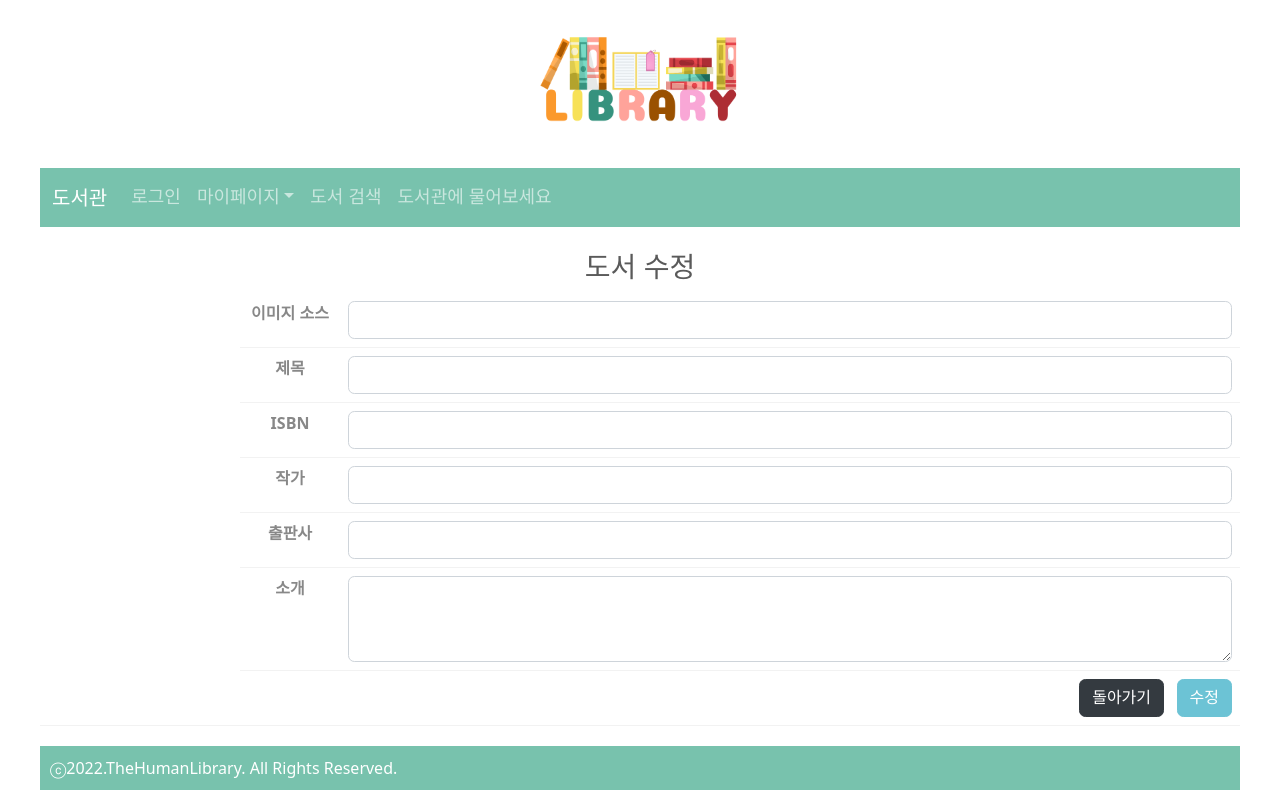
Repository: ahnbin00/Library
Page: http://localhost/BookRental/WEB-INF/book/manageBook.jsp
These files come from the project's save history. The page is drawn as it stood at one moment and after the next save; the edit follows.
The browser window is 1280 px wide. The pictures show the whole page.
Some web fonts or font styles are not loaded; a fallback is used. Some web libraries are served in a nearby version. The page is served by Tomcat 9. Nobody is signed in. The template is opened directly, without the code that normally fills it, so the values that code supplies are empty.

Above is the page before, as saved 2022-12-22 07:37:30.

After the next save:
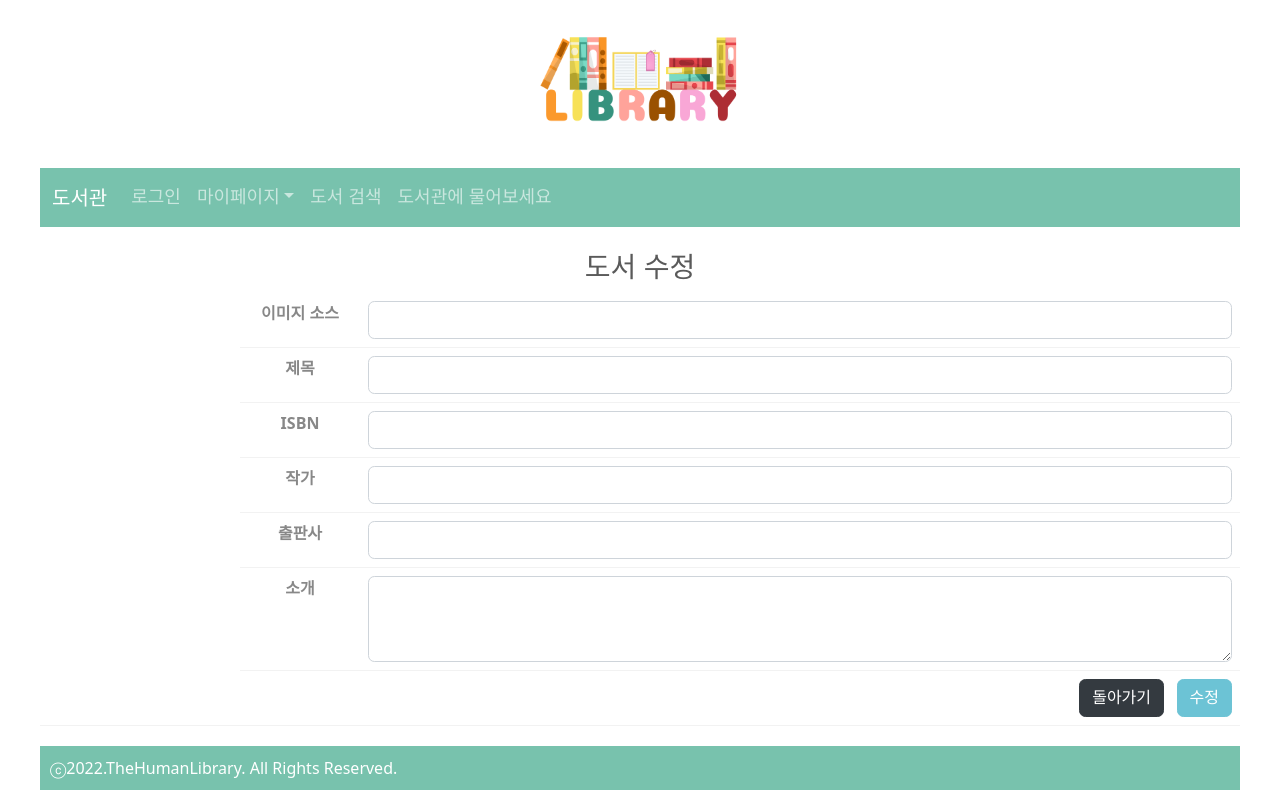
Saved 9 s later.
--- a/BookRental/src/main/webapp/WEB-INF/book/manageBook.jsp
+++ b/BookRental/src/main/webapp/WEB-INF/book/manageBook.jsp
@@ -11,7 +11,7 @@
 <style type="text/css">
 @import url('https://fonts.googleapis.com/css2?family=Jua&display=swap');
 th{
-width: 100px
+width: 120px
 }
 </style>
 </head>
